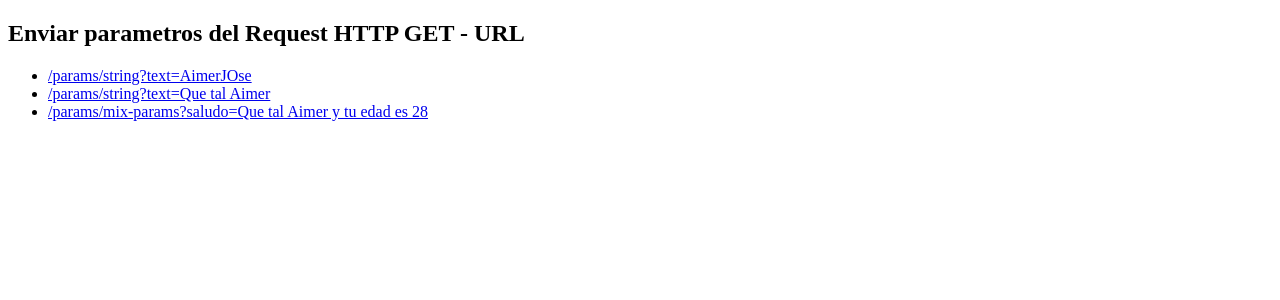
Repository: aimerr/AprendiendoSpringBoot
Page: http://localhost/param/index
The author's editor kept a copy of each file at every save. The page is drawn from the files as they stood at one save, then again after the next save.
The browser window is 1280 px wide. The pictures show the whole page.
The page is this project's Thymeleaf template; nobody is signed in. The template is opened directly, without the code that normally fills it, so the values that code supplies are empty.

Above is the page before, as saved 2022-02-23 03:08:17.

After the next save:
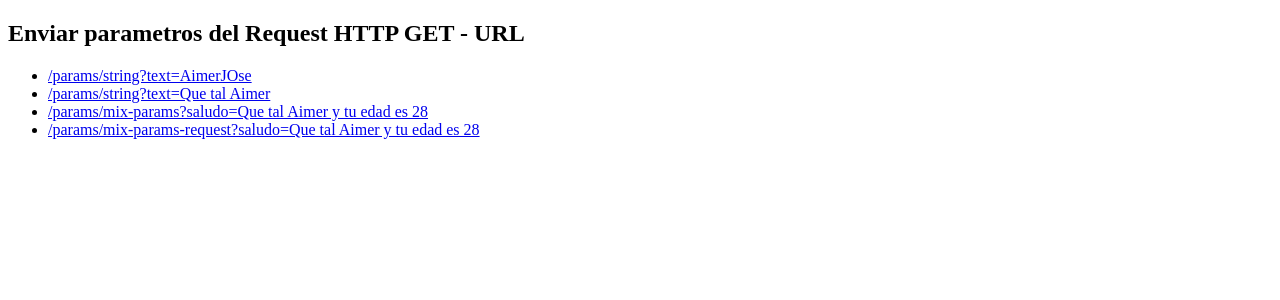
Saved 21 s later.
--- a/spring-boot-web-01/src/main/resources/templates/param/index.html
+++ b/spring-boot-web-01/src/main/resources/templates/param/index.html
@@ -17,7 +17,9 @@
 <li>
 	<a th:href="@{/params/mix-params(saludo='Que tal AImer', edad=28)}">/params/mix-params?saludo=Que tal Aimer y tu edad es 28</a>
 </li>
-
+<li>
+	<a th:href="@{/params/mix-params-request(saludo='Que tal AImer', edad=28)}">/params/mix-params-request?saludo=Que tal Aimer y tu edad es 28</a>
+</li>
 
 
 </ul>
